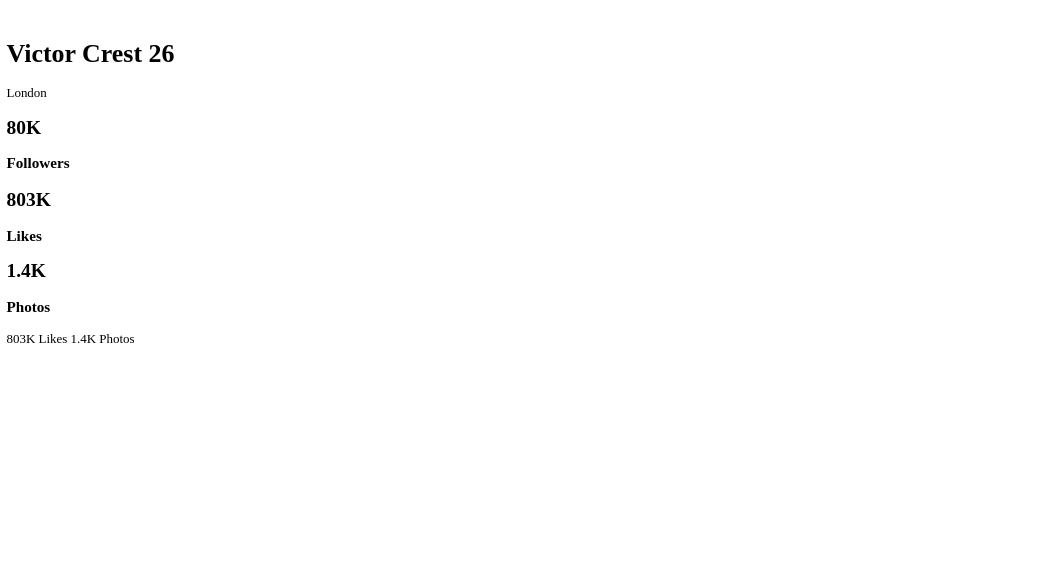
Repository: shayanabedi98/profile-card-component
Page: index.html
These files come from the project's save history. The page is drawn as it stood at one moment and after the next save; the edit follows.
The browser window is 1280 px wide. The pictures show the whole page, at 81% of full size.

Above is the page before, as saved 2023-09-27 11:49:17.

### index.html
<!DOCTYPE html>
<html lang="en">
<head>
  <meta charset="UTF-8">
  <meta name="viewport" content="width=device-width, initial-scale=1.0">
  <link rel="icon" type="image/png" sizes="32x32" href="./images/favicon-32x32.png">
  <link rel="stylesheet" href="./styles.css">
  <title>Frontend Mentor | Profile card component</title>

</head>
<body>
  <div class="grid-container">
    <div class="card">
      <div class="banner">
      </div>
      <div class="profile">
        <img src="" alt="">
        <h1>Victor Crest <span>26</span></h1>
        <p>London</p>
      </div>
      <div class="stats">
        <div class="stats-one">
          <h2>80K</h2>
          <h3>Followers</h3>
        </div>
        <div class="stats-two">
          <h2>803K</h2>
          <h3>Likes</h3>
        </div>
        <div class="stats-three">
          <h2>1.4K</h2>
          <h3>Photos</h3>
        </div>
      </div>
    </div>
  </div>


  803K
  Likes

  1.4K
  Photos
  <div class="attribution">
  </div>
</body>
</html>

Loaded but not shown: styles.css (no stored copy; drawn as an empty file)

After the next save:
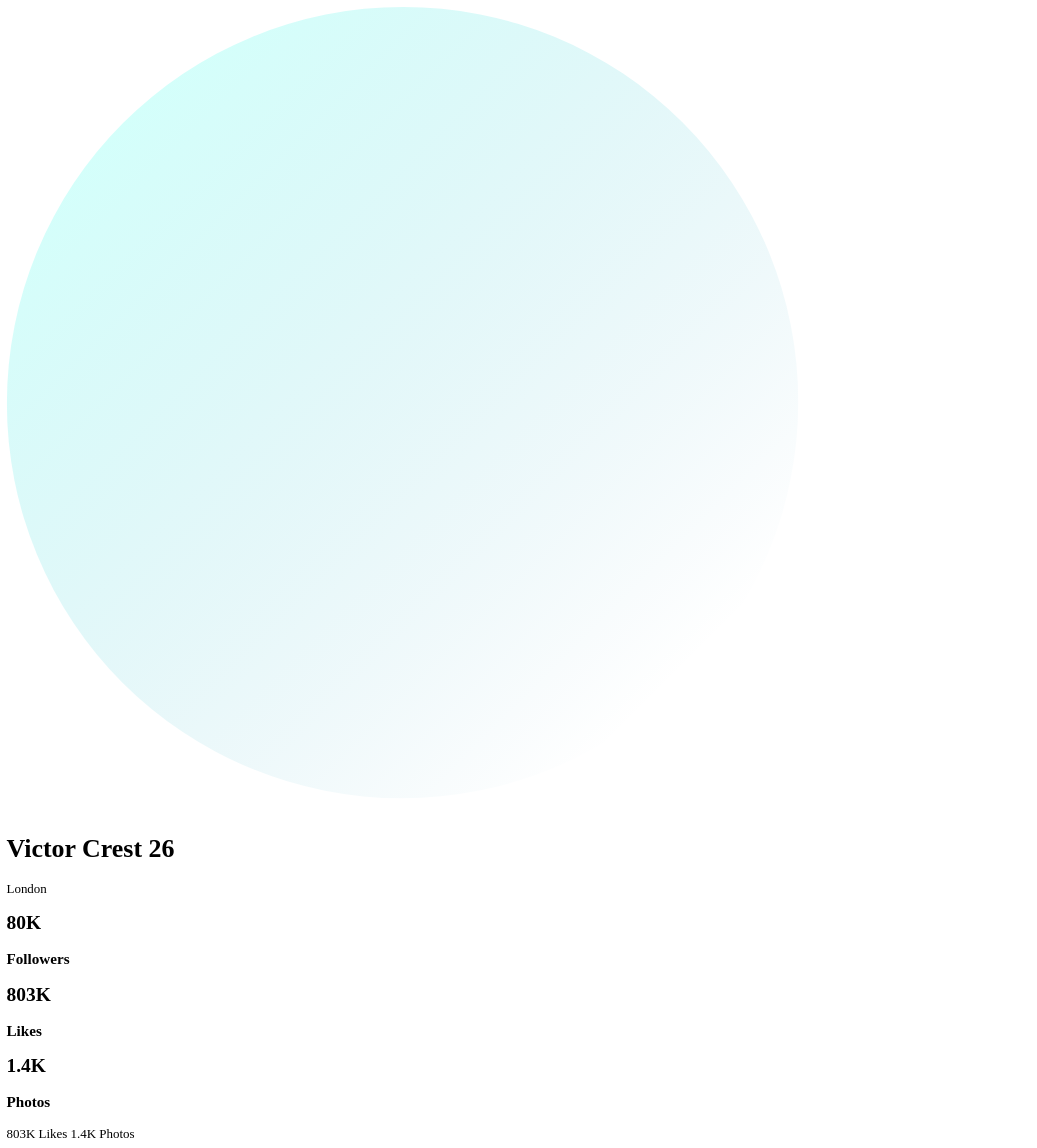
Saved 2 min 27 s later.
--- a/index.html
+++ b/index.html
@@ -9,6 +9,7 @@
 
 </head>
 <body>
+  <svg width="978" height="978" xmlns="http://www.w3.org/2000/svg"><defs><linearGradient x1="50%" y1=".779%" x2="50%" y2="100%" id="a"><stop stop-color="#0989B4" stop-opacity="0" offset="0%"/><stop stop-color="#53FFEE" offset="99.94%"/></linearGradient></defs><ellipse fill="url(#a)" transform="scale(1 -1) rotate(45 1669.55 0)" cx="489" cy="489" rx="489" ry="488" fill-rule="evenodd" opacity=".25"/></svg>
   <div class="grid-container">
     <div class="card">
       <div class="banner">

After the save that followed:
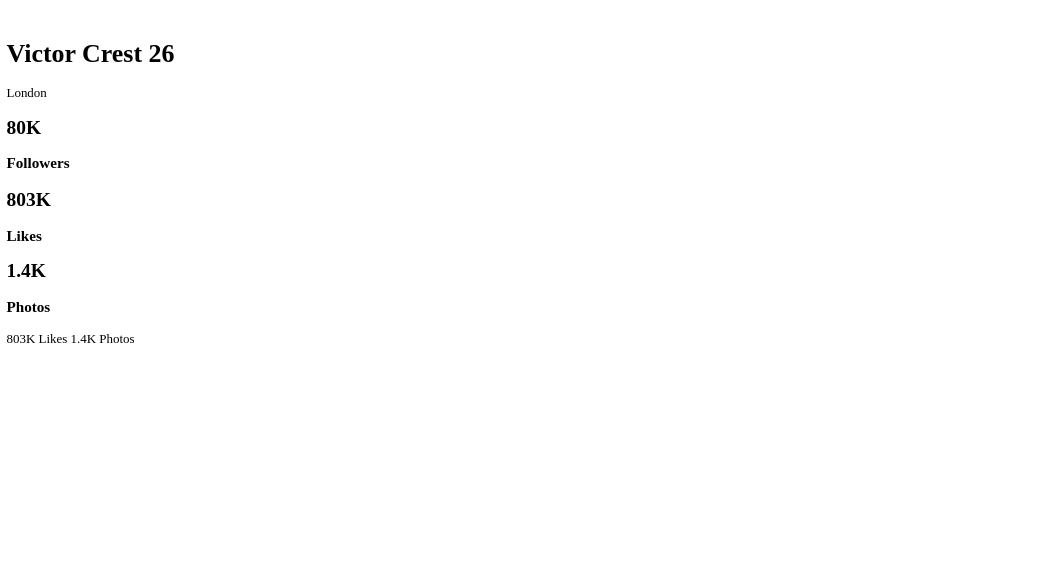
Saved 17 s later.
--- a/index.html
+++ b/index.html
@@ -9,7 +9,7 @@
 
 </head>
 <body>
-  <svg width="978" height="978" xmlns="http://www.w3.org/2000/svg"><defs><linearGradient x1="50%" y1=".779%" x2="50%" y2="100%" id="a"><stop stop-color="#0989B4" stop-opacity="0" offset="0%"/><stop stop-color="#53FFEE" offset="99.94%"/></linearGradient></defs><ellipse fill="url(#a)" transform="scale(1 -1) rotate(45 1669.55 0)" cx="489" cy="489" rx="489" ry="488" fill-rule="evenodd" opacity=".25"/></svg>
+
   <div class="grid-container">
     <div class="card">
       <div class="banner">
